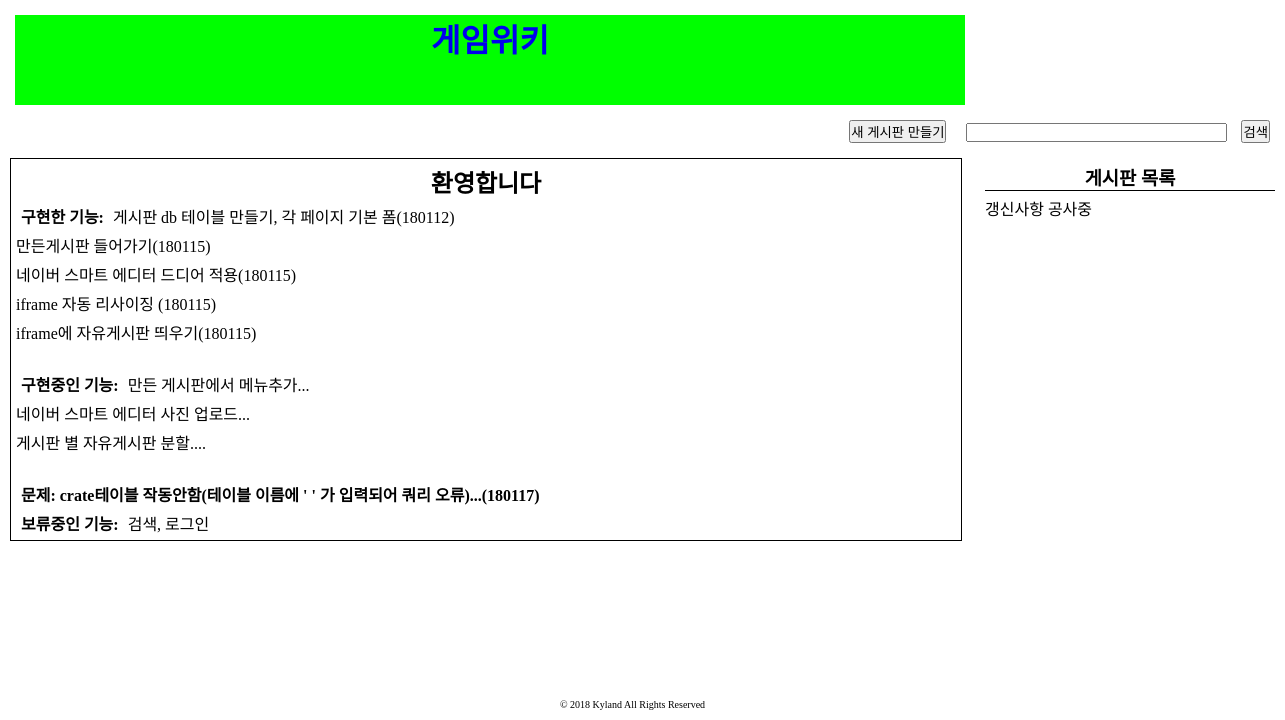
Repository: sithslord/GameWiki
Page: http://localhost/JSPBoard/MainPage/Main.jsp
These files come from the project's save history. The page is drawn as it stood at one moment and after the next save; the edit follows.
The browser window is 1280 px wide. The page is 1285 px wide, so the pictures cover 1285 px, including what lies to the right of the window. The pictures show the whole page.
The page is served by Tomcat 9. Other server files are loaded and not shown.

Above is the page before, as saved 2018-01-17 06:22:21.

### ReWork/JSPBoard/WebContent/MainPage/Main.jsp
<%@ page language="java" contentType="text/html; charset=EUC-KR"
    pageEncoding="EUC-KR"%>
<%@ taglib prefix="c" uri="http://java.sun.com/jsp/jstl/core" %>

<!DOCTYPE html PUBLIC "-//W3C//DTD HTML 4.01 Transitional//EN" "http://www.w3.org/TR/html4/loose.dtd">
<html>
<head>
<meta http-equiv="Content-Type" content="text/html; charset=EUC-KR">
<title>게임 위키</title>
<style type="text/css">

*{
	margin: 5px;
	padding: 0;
}

body{
	width: 1280px;
	margin: 0 auto;
}

#banner h1{
	background: lime;
	float: left;
	width: 950px;
	height: 90px;
	text-align: center;
}

#banner form{
	float: right;
}

#info{
	float: left;
	width: 950px;
	height: auto;
	border: 1px solid black;

}



#news{
	float: right;
	width: 300px;
	height: auto;
}

#news h3{
	border-bottom: 1px solid black;
}

#footer{

	position: absolute;
	bottom: 0;
	text-align: center !important;

}

#copyright{
	font-size: 10px;
	margin-left: 550px;
}

.hyper{
	link{text-decoration:none; color:black;}
	visitied{text-decoration:none; color:black;}
	action{text-decoration:none; color:black;}
	hover{text-decoration:none; color:black;}
}



</style>
</head>
<body>
	<div id="banner">
		<a class="hyper" href="main.do"><h1>게임위키</h1></a>

		<form action="search" method="post">
			<input type="text" name="srch" size="30">
			<input type="submit" value="검색">
		</form>

		<form action="makeboard.do" method="post">
			<input type="submit" value="새 게시판 만들기">
		</form>

	</div>

	<div id="info">
		<h2 align="center">환영합니다</h2>

		<p><strong>구현한 기능:</strong> 게시판 db 테이블 만들기, 각 페이지 기본 폼(180112)</p>
		<p>만든게시판 들어가기(180115)</p>
		<p>네이버 스마트 에디터 드디어 적용(180115)</p>
		<p>iframe 자동 리사이징 (180115)</p>
		<p>iframe에 자유게시판 띄우기(180115)</p>

		</br>
		<p><strong>구현중인 기능:</strong> 만든 게시판에서 메뉴추가...</p>
		<p>네이버 스마트 에디터 사진 업로드...</p>
		<p>게시판 별 자유게시판 분할....</p>
		</br>

		<p><strong>문제: crate테이블 작동안함(테이블 이름에 ' ' 가 입력되어 쿼리 오류)...(180117)</strong>
		<p><strong>보류중인 기능:</strong> 검색, 로그인</p>


	</div>

	<div id="news">
		<h3 align="center">게시판 목록</h3>
		<c:forEach items="${news }" var="dto">
			<p><a href="board_view.do?bdId=${dto.bdId }">${dto.bdTitle }</a></p>
		</c:forEach>

		<p>갱신사항 공사중</p>
	</div>

	<div id="footer">


		<p id="copyright">&copy; 2018 Kyland All Rights Reserved </p>

	</div>



</body>
</html>

After the next save:
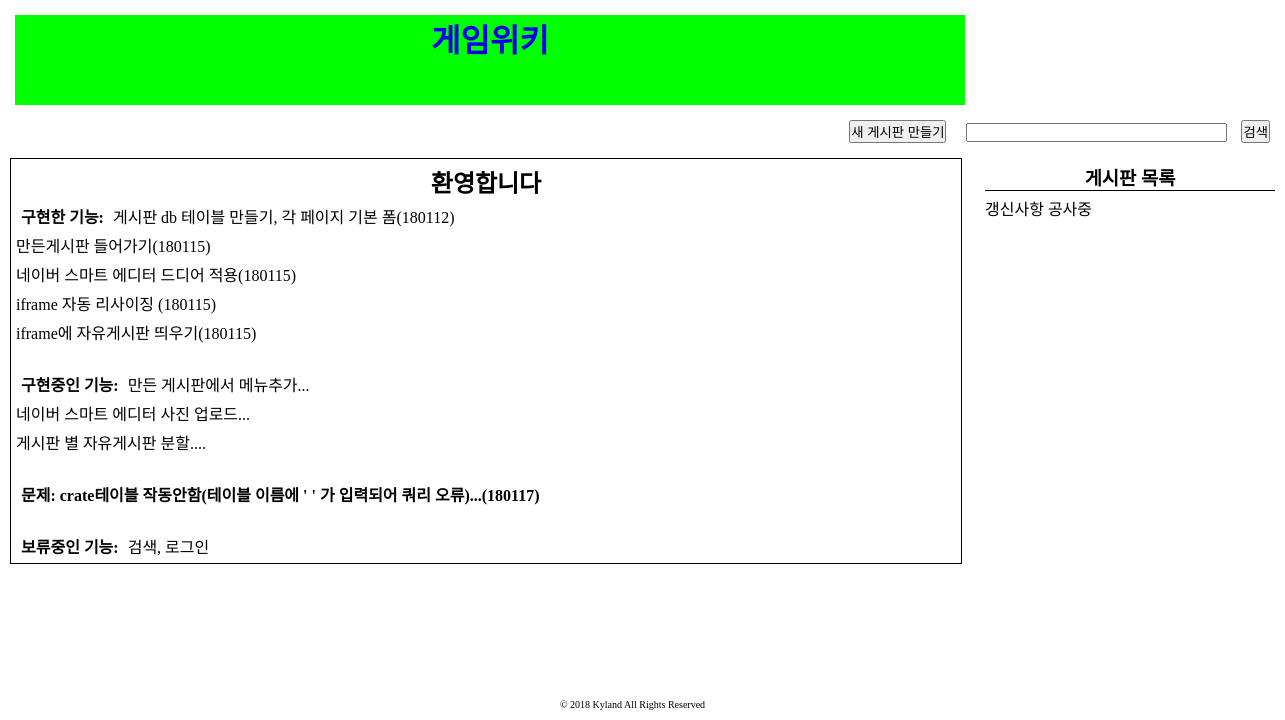
Saved 8 s later.
--- a/ReWork/JSPBoard/WebContent/MainPage/Main.jsp
+++ b/ReWork/JSPBoard/WebContent/MainPage/Main.jsp
@@ -105,7 +105,8 @@ body{
 		<p>게시판 별 자유게시판 분할....</p>
 		</br>
 
-		<p><strong>문제: crate테이블 작동안함(테이블 이름에 ' ' 가 입력되어 쿼리 오류)...(180117)</strong>
+		<p><strong>문제: crate테이블 작동안함(테이블 이름에 ' ' 가 입력되어 쿼리 오류)...(180117)</strong></p>
+		</br>
 		<p><strong>보류중인 기능:</strong> 검색, 로그인</p>
 
 
